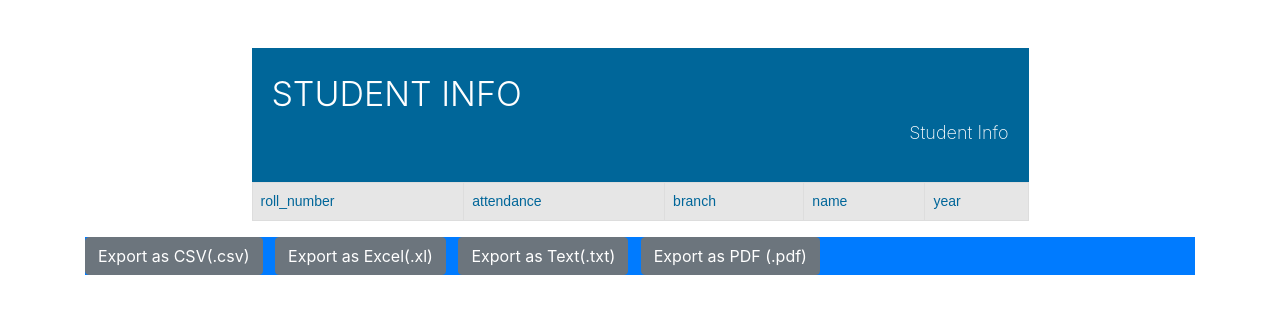
Repository: supranshu/CrystalReportGenerator
Page: http://localhost/produce_report
These files come from the project's save history. The page is drawn as it stood at one moment and after the next save; the edit follows.
The browser window is 1280 px wide. The pictures show the whole page.
The page is this project's Thymeleaf template; nobody is signed in. The template is opened directly, without the code that normally fills it, so the values that code supplies are empty.

Above is the page before, as saved 2023-08-07 13:02:45.

### com.report/src/main/resources/templates/produce_report.html
<!DOCTYPE html>
<html xmlns:th="http://www.thymeleaf.org">
<head>
    <meta charset="UTF-8">
    <title>Produce Report</title>
    <link rel="stylesheet" href="https://maxcdn.bootstrapcdn.com/bootstrap/4.5.2/css/bootstrap.min.css">
    <style>
        /* Apply CSS styles here to mimic the appearance of the JRXML table */
        /* You can use inline styles or link to an external CSS file */
        /* Example styles to get you started */
        table {
            border-collapse: collapse;
            font-family: "Arial", sans-serif;
            width: 70%;
	        margin: 0 auto; /* Center the table horizontally */
        }

        th, td {
            padding: 8px;
            text-align: left;
            border: 1px solid #ddd;
        }
        th {
            font-size: 14px;
            font-weight: 100;
            background-color: #E6E6E6;
            color: #006699;

        }

        td {
            font-size: 14px;
            font-weight: 500;
        }

        .page-header {
            background-color: #006699;
            color: #FFFFFF;
            text-align: left;
            font-size: 34px;
            font-weight: 300;
            padding: 20px;
            width: 70%;
	        margin: 0 auto;
        }
        .page-header p{
        	text-align: right;
        	font-size: 18px;
        	font-weight: 150;

        }
    </style>

</head>

<body>
    <div class="container mt-5">
	        <div class="page-header">
		        STUDENT INFO
		        <p>Student Info</p>
		    </div>

			    <table>
			        <thead>
			            <tr>
			                <th>roll_number</th>
			                <th>attendance</th>
			                <th>branch</th>
			                <th>name</th>
			                <th>year</th>
			            </tr>
			        </thead>
			        <tbody>
			            <!-- Loop through students and generate table rows -->
			            <tr th:each="student : ${students}">
			                <td th:text="${student.rollNumber}">Roll Number</td>
			                <td th:text="${student.attendance}">Attendance</td>
			                <td th:text="${student.branch}">Branch</td>
			                <td th:text="${student.name}">Name</td>
			                <td th:text="${student.year}">Year</td>
			            </tr>
			        </tbody>
			    </table>









        <div class="mt-3 btn-primary">
            <a class="btn btn-secondary mr-2" th:href="@{/export/csv(year=${year}, branch=${branch})}" target="_blank">Export as CSV(.csv)</a>
            <a class="btn btn-secondary mr-2" th:href="@{/export/excel(year=${year}, branch=${branch})}" target="_blank">Export as Excel(.xl)</a>
            <a class="btn btn-secondary mr-2" th:href="@{/export/notepad(year=${year}, branch=${branch})}" target="_blank">Export as Text(.txt)</a>
            <a class="btn btn-secondary" th:href="@{/export/pdf(year=${year}, branch=${branch})}" target="_blank">Export as PDF (.pdf)</a>
        </div>
    </div>


</body>
</html>

After the next save:
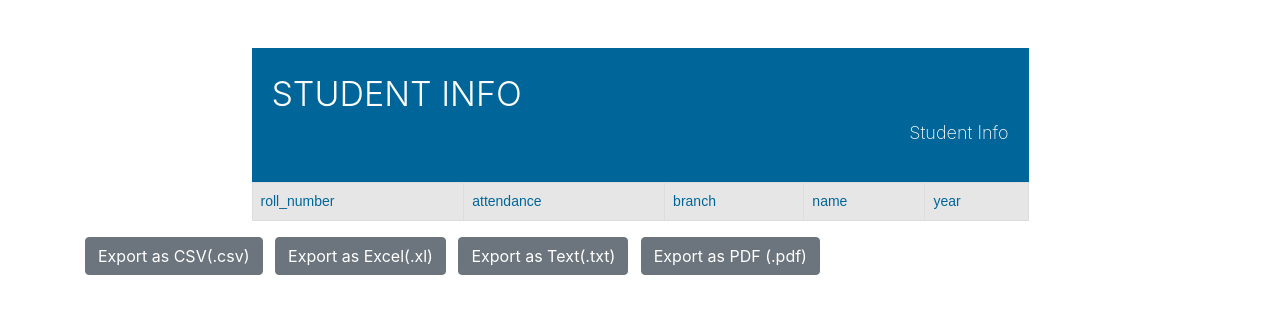
Saved 8 s later.
--- a/com.report/src/main/resources/templates/produce_report.html
+++ b/com.report/src/main/resources/templates/produce_report.html
@@ -90,7 +90,7 @@
 
 
 
-        <div class="mt-3 btn-primary">
+        <div class="mt-3 btn-links">
             <a class="btn btn-secondary mr-2" th:href="@{/export/csv(year=${year}, branch=${branch})}" target="_blank">Export as CSV(.csv)</a>
             <a class="btn btn-secondary mr-2" th:href="@{/export/excel(year=${year}, branch=${branch})}" target="_blank">Export as Excel(.xl)</a>
             <a class="btn btn-secondary mr-2" th:href="@{/export/notepad(year=${year}, branch=${branch})}" target="_blank">Export as Text(.txt)</a>
